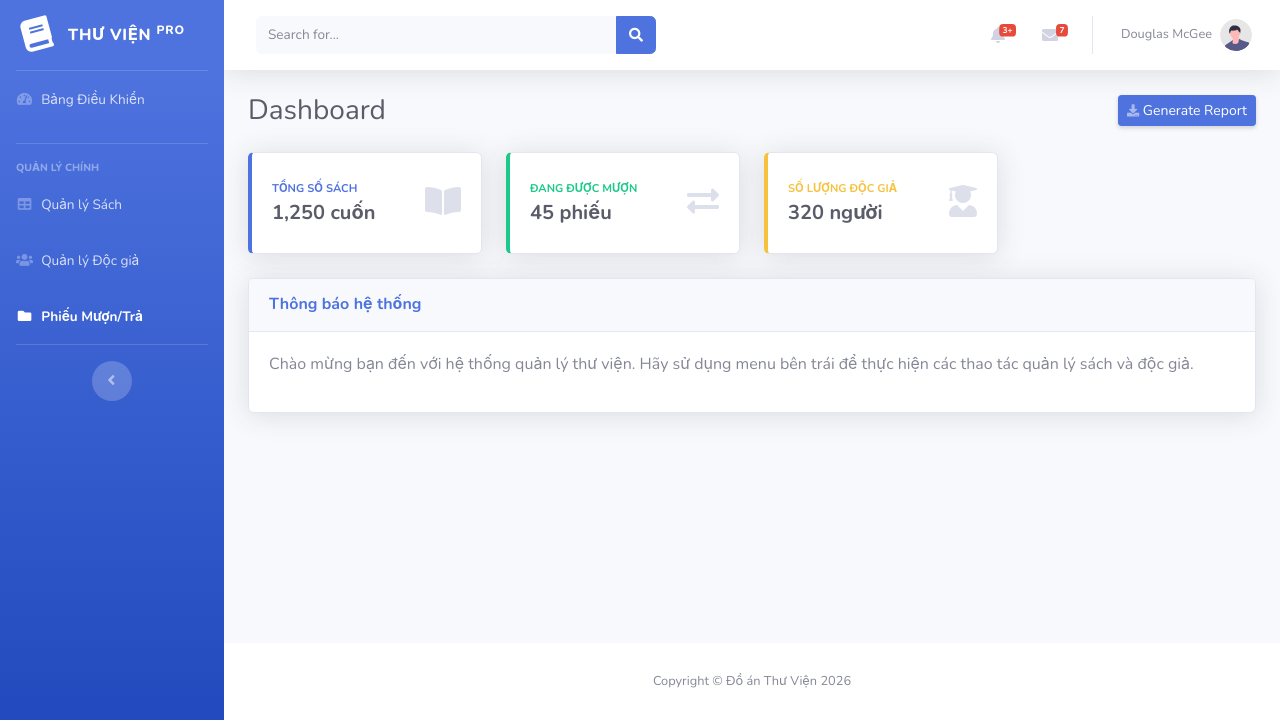
Repository: anhduong030409/LibraryManagement
Page: http://localhost/LibraryManagement/index_1.jsp
An editor plug-in stored every save of this project. The page is shown before and after the next save, followed by the edit.
The browser window is 1280 px wide. The pictures show the whole page.
The page is served by Tomcat 9. Other server files are loaded and not shown.

Above is the page before, as saved 2026-03-11 18:25:24.

### LibraryManagement/src/main/webapp/index_1.jsp
<%@ page language="java" contentType="text/html; charset=UTF-8" pageEncoding="UTF-8"%>
<!DOCTYPE html>
<html lang="vi">

<head>
    <meta charset="utf-8">
    <meta http-equiv="X-UA-Compatible" content="IE=edge">
    <meta name="viewport" content="width=device-width, initial-scale=1, shrink-to-fit=no">
    <title>Quản Lý Thư Viện - Dashboard</title>

    <link href="${pageContext.request.contextPath}/vendor/fontawesome-free/css/all.min.css" rel="stylesheet" type="text/css">
    <link href="https://fonts.googleapis.com/css?family=Nunito:200,200i,300,300i,400,400i,600,600i,700,700i,800,800i,900,900i" rel="stylesheet">
    <link href="${pageContext.request.contextPath}/css/sb-admin-2.min.css" rel="stylesheet">
</head>

<body id="page-top">

    <div id="wrapper">

        <jsp:include page="sidebar.jsp"></jsp:include>
        <div id="content-wrapper" class="d-flex flex-column">
            <div id="content">

                <jsp:include page="navbar.jsp"></jsp:include>

                <div class="container-fluid">
                	<div class="d-sm-flex align-items-center justify-content-between mb-4">
                        <h1 class="h3 mb-0 text-gray-800">Dashboard</h1>
                        <a href="#" class="d-none d-sm-inline-block btn btn-sm btn-primary shadow-sm"><i
                                class="fas fa-download fa-sm text-white-50"></i> Generate Report</a>
                    </div>
                    <div class="row">

                        <div class="col-xl-3 col-md-6 mb-4">
                            <div class="card border-left-primary shadow h-100 py-2">
                                <div class="card-body">
                                    <div class="row no-gutters align-items-center">
                                        <div class="col mr-2">
                                            <div class="text-xs font-weight-bold text-primary text-uppercase mb-1">Tổng số sách</div>
                                            <div class="h5 mb-0 font-weight-bold text-gray-800">1,250 cuốn</div>
                                        </div>
                                        <div class="col-auto">
                                            <i class="fas fa-book-open fa-2x text-gray-300"></i>
                                        </div>
                                    </div>
                                </div>
                            </div>
                        </div>

                        <div class="col-xl-3 col-md-6 mb-4">
                            <div class="card border-left-success shadow h-100 py-2">
                                <div class="card-body">
                                    <div class="row no-gutters align-items-center">
                                        <div class="col mr-2">
                                            <div class="text-xs font-weight-bold text-success text-uppercase mb-1">Đang được mượn</div>
                                            <div class="h5 mb-0 font-weight-bold text-gray-800">45 phiếu</div>
                                        </div>
                                        <div class="col-auto">
                                            <i class="fas fa-exchange-alt fa-2x text-gray-300"></i>
                                        </div>
                                    </div>
                                </div>
                            </div>
                        </div>

                        <div class="col-xl-3 col-md-6 mb-4">
                            <div class="card border-left-warning shadow h-100 py-2">
                                <div class="card-body">
                                    <div class="row no-gutters align-items-center">
                                        <div class="col mr-2">
                                            <div class="text-xs font-weight-bold text-warning text-uppercase mb-1">Số lượng độc giả</div>
                                            <div class="h5 mb-0 font-weight-bold text-gray-800">320 người</div>
                                        </div>
                                        <div class="col-auto">
                                            <i class="fas fa-user-graduate fa-2x text-gray-300"></i>
                                        </div>
                                    </div>
                                </div>
                            </div>
                        </div>
                    </div>

                    <div class="row">
                        <div class="col-lg-12">
                            <div class="card shadow mb-4">
                                <div class="card-header py-3">
                                    <h6 class="m-0 font-weight-bold text-primary">Thông báo hệ thống</h6>
                                </div>
                                <div class="card-body">
                                    <p>Chào mừng bạn đến với hệ thống quản lý thư viện. Hãy sử dụng menu bên trái để thực hiện các thao tác quản lý sách và độc giả.</p>
                                </div>
                            </div>
                        </div>
                    </div>

                </div>
                </div>
            <footer class="sticky-footer bg-white">
                <div class="container my-auto">
                    <div class="copyright text-center my-auto">
                        <span>Copyright &copy; Đồ án Thư Viện 2026</span>
                    </div>
                </div>
            </footer>
        </div>
    </div>

    <script src="${pageContext.request.contextPath}/vendor/jquery/jquery.min.js"></script>
    <script src="${pageContext.request.contextPath}/vendor/bootstrap/js/bootstrap.bundle.min.js"></script>
    <script src="${pageContext.request.contextPath}/js/sb-admin-2.min.js"></script>
</body>
</html>

### LibraryManagement/src/main/webapp/sidebar.jsp
<%@ page language="java" contentType="text/html; charset=UTF-8"
    pageEncoding="UTF-8"%>
<!DOCTYPE html>
<html>
<head>
<meta charset="UTF-8">
</head>
<body>
	<%
    // Lấy tên file hiện tại đang chạy
    String uri = request.getRequestURI();
    String currentPage = uri.substring(uri.lastIndexOf("/") + 1);
	%>
	<ul class="navbar-nav bg-gradient-primary sidebar sidebar-dark accordion" id="accordionSidebar">
	            <a class="sidebar-brand d-flex align-items-center justify-content-center" href="index_1.jsp">
	                <div class="sidebar-brand-icon rotate-n-15">
	                    <i class="fas fa-book"></i>
	                </div>
	                <div class="sidebar-brand-text mx-3">Thư Viện <sup>Pro</sup></div>
	            </a>

	            <hr class="sidebar-divider my-0">
	            <li class="nav-item <%= (currentPage.equals("index.jsp") || currentPage.equals("")) ? "active" : "" %>">
	                <a class="nav-item active nav-link" href="index_1.jsp">
	                    <i class="fas fa-fw fa-tachometer-alt"></i>
	                    <span>Bảng Điều Khiển</span></a>
	            </li>

	            <hr class="sidebar-divider">
	            <div class="sidebar-heading">Quản lý chính</div>

	            <li class="nav-item <%= currentPage.equals("books-list.jsp") ? "active" : "" %>">
	                <a class="nav-link" href="books-list.jsp">
	                    <i class="fas fa-fw fa-table"></i>
	                    <span>Quản lý Sách</span></a>
	            </li>
	            <li class="nav-item <%= currentPage.equals("users-list.jsp") ? "active" : "" %>">
	                <a class="nav-link" href="users-list.jsp">
	                    <i class="fas fa-fw fa-users"></i>
	                    <span>Quản lý Độc giả</span></a>
	            </li>
	            <li class="nav-item active">
	                <a class="nav-link" href="borrow-list.jsp">
	                    <i class="fas fa-fw fa-folder"></i>
	                    <span>Phiếu Mượn/Trả</span></a>
	            </li>

	            <hr class="sidebar-divider d-none d-md-block">
	            <div class="text-center d-none d-md-inline">
	                <button class="rounded-circle border-0" id="sidebarToggle"></button>
	            </div>
	        </ul>

</body>
</html>

### LibraryManagement/src/main/webapp/navbar.jsp
<%@ page language="java" contentType="text/html; charset=UTF-8"
    pageEncoding="UTF-8"%>
<!DOCTYPE html>
<html>
<head>
<meta charset="UTF-8">
<title>Insert title here</title>
</head>
<body>
	<!-- Topbar -->
                <nav class="navbar navbar-expand navbar-light bg-white topbar mb-4 static-top shadow">

                    <!-- Sidebar Toggle (Topbar) -->
                    <button id="sidebarToggleTop" class="btn btn-link d-md-none rounded-circle mr-3">
                        <i class="fa fa-bars"></i>
                    </button>

                    <!-- Topbar Search -->
                    <form
                        class="d-none d-sm-inline-block form-inline mr-auto ml-md-3 my-2 my-md-0 mw-100 navbar-search">
                        <div class="input-group">
                            <input type="text" class="form-control bg-light border-0 small" placeholder="Search for..."
                                aria-label="Search" aria-describedby="basic-addon2">
                            <div class="input-group-append">
                                <button class="btn btn-primary" type="button">
                                    <i class="fas fa-search fa-sm"></i>
                                </button>
                            </div>
                        </div>
                    </form>

                    <!-- Topbar Navbar -->
                    <ul class="navbar-nav ml-auto">

                        <!-- Nav Item - Search Dropdown (Visible Only XS) -->
                        <li class="nav-item dropdown no-arrow d-sm-none">
                            <a class="nav-link dropdown-toggle" href="#" id="searchDropdown" role="button"
                                data-toggle="dropdown" aria-haspopup="true" aria-expanded="false">
                                <i class="fas fa-search fa-fw"></i>
                            </a>
                            <!-- Dropdown - Messages -->
                            <div class="dropdown-menu dropdown-menu-right p-3 shadow animated--grow-in"
                                aria-labelledby="searchDropdown">
                                <form class="form-inline mr-auto w-100 navbar-search">
                                    <div class="input-group">
                                        <input type="text" class="form-control bg-light border-0 small"
                                            placeholder="Search for..." aria-label="Search"
                                            aria-describedby="basic-addon2">
                                        <div class="input-group-append">
                                            <button class="btn btn-primary" type="button">
                                                <i class="fas fa-search fa-sm"></i>
                                            </button>
                                        </div>
                                    </div>
                                </form>
                            </div>
                        </li>

                        <!-- Nav Item - Alerts -->
                        <li class="nav-item dropdown no-arrow mx-1">
                            <a class="nav-link dropdown-toggle" href="#" id="alertsDropdown" role="button"
                                data-toggle="dropdown" aria-haspopup="true" aria-expanded="false">
                                <i class="fas fa-bell fa-fw"></i>
                                <!-- Counter - Alerts -->
                                <span class="badge badge-danger badge-counter">3+</span>
                            </a>
                            <!-- Dropdown - Alerts -->
                            <div class="dropdown-list dropdown-menu dropdown-menu-right shadow animated--grow-in"
                                aria-labelledby="alertsDropdown">
                                <h6 class="dropdown-header">
                                    Alerts Center
                                </h6>
                                <a class="dropdown-item d-flex align-items-center" href="#">
                                    <div class="mr-3">
                                        <div class="icon-circle bg-primary">
                                            <i class="fas fa-file-alt text-white"></i>
                                        </div>
                                    </div>
                                    <div>
                                        <div class="small text-gray-500">December 12, 2019</div>
                                        <span class="font-weight-bold">A new monthly report is ready to download!</span>
                                    </div>
                                </a>
                                <a class="dropdown-item d-flex align-items-center" href="#">
                                    <div class="mr-3">
                                        <div class="icon-circle bg-success">
                                            <i class="fas fa-donate text-white"></i>
                                        </div>
                                    </div>
                                    <div>
                                        <div class="small text-gray-500">December 7, 2019</div>
                                        $290.29 has been deposited into your account!
                                    </div>
                                </a>
                                <a class="dropdown-item d-flex align-items-center" href="#">
                                    <div class="mr-3">
                                        <div class="icon-circle bg-warning">
                                            <i class="fas fa-exclamation-triangle text-white"></i>
                                        </div>
                                    </div>
                                    <div>
                                        <div class="small text-gray-500">December 2, 2019</div>
                                        Spending Alert: We've noticed unusually high spending for your account.
                                    </div>
                                </a>
                                <a class="dropdown-item text-center small text-gray-500" href="#">Show All Alerts</a>
                            </div>
                        </li>

                        <!-- Nav Item - Messages -->
                        <li class="nav-item dropdown no-arrow mx-1">
                            <a class="nav-link dropdown-toggle" href="#" id="messagesDropdown" role="button"
                                data-toggle="dropdown" aria-haspopup="true" aria-expanded="false">
                                <i class="fas fa-envelope fa-fw"></i>
                                <!-- Counter - Messages -->
                                <span class="badge badge-danger badge-counter">7</span>
                            </a>
                            <!-- Dropdown - Messages -->
                            <div class="dropdown-list dropdown-menu dropdown-menu-right shadow animated--grow-in"
                                aria-labelledby="messagesDropdown">
                                <h6 class="dropdown-header">
                                    Message Center
                                </h6>
                                <a class="dropdown-item d-flex align-items-center" href="#">
                                    <div class="dropdown-list-image mr-3">
                                        <img class="rounded-circle" src="img/undraw_profile_1.svg"
                                            alt="...">
                                        <div class="status-indicator bg-success"></div>
                                    </div>
                                    <div class="font-weight-bold">
                                        <div class="text-truncate">Hi there! I am wondering if you can help me with a
                                            problem I've been having.</div>
                                        <div class="small text-gray-500">Emily Fowler Â· 58m</div>
                                    </div>
                                </a>
                                <a class="dropdown-item d-flex align-items-center" href="#">
                                    <div class="dropdown-list-image mr-3">
                                        <img class="rounded-circle" src="img/undraw_profile_2.svg"
                                            alt="...">
                                        <div class="status-indicator"></div>
                                    </div>
                                    <div>
                                        <div class="text-truncate">I have the photos that you ordered last month, how
                                            would you like them sent to you?</div>
                                        <div class="small text-gray-500">Jae Chun Â· 1d</div>
                                    </div>
                                </a>
                                <a class="dropdown-item d-flex align-items-center" href="#">
                                    <div class="dropdown-list-image mr-3">
                                        <img class="rounded-circle" src="img/undraw_profile_3.svg"
                                            alt="...">
                                        <div class="status-indicator bg-warning"></div>
                                    </div>
                                    <div>
                                        <div class="text-truncate">Last month's report looks great, I am very happy with
                                            the progress so far, keep up the good work!</div>
                                        <div class="small text-gray-500">Morgan Alvarez Â· 2d</div>
                                    </div>
                                </a>
                                <a class="dropdown-item d-flex align-items-center" href="#">
                                    <div class="dropdown-list-image mr-3">
                                        <img class="rounded-circle" src="https://source.unsplash.com/Mv9hjnEUHR4/60x60"
                                            alt="...">
                                        <div class="status-indicator bg-success"></div>
                                    </div>
                                    <div>
                                        <div class="text-truncate">Am I a good boy? The reason I ask is because someone
                                            told me that people say this to all dogs, even if they aren't good...</div>
                                        <div class="small text-gray-500">Chicken the Dog Â· 2w</div>
                                    </div>
                                </a>
                                <a class="dropdown-item text-center small text-gray-500" href="#">Read More Messages</a>
                            </div>
                        </li>

                        <div class="topbar-divider d-none d-sm-block"></div>

                        <!-- Nav Item - User Information -->
                        <li class="nav-item dropdown no-arrow">
                            <a class="nav-link dropdown-toggle" href="#" id="userDropdown" role="button"
                                data-toggle="dropdown" aria-haspopup="true" aria-expanded="false">
                                <span class="mr-2 d-none d-lg-inline text-gray-600 small">Douglas McGee</span>
                                <img class="img-profile rounded-circle"
                                    src="img/undraw_profile.svg">
                            </a>
                            <!-- Dropdown - User Information -->
                            <div class="dropdown-menu dropdown-menu-right shadow animated--grow-in"
                                aria-labelledby="userDropdown">
                                <a class="dropdown-item" href="#">
                                    <i class="fas fa-user fa-sm fa-fw mr-2 text-gray-400"></i>
                                    Profile
                                </a>
                                <a class="dropdown-item" href="#">
                                    <i class="fas fa-cogs fa-sm fa-fw mr-2 text-gray-400"></i>
                                    Settings
                                </a>
                                <a class="dropdown-item" href="#">
                                    <i class="fas fa-list fa-sm fa-fw mr-2 text-gray-400"></i>
                                    Activity Log
                                </a>
                                <div class="dropdown-divider"></div>
                                <a class="dropdown-item" href="#" data-toggle="modal" data-target="#logoutModal">
                                    <i class="fas fa-sign-out-alt fa-sm fa-fw mr-2 text-gray-400"></i>
                                    Logout
                                </a>
                            </div>
                        </li>

                    </ul>

                </nav>
                <!-- End of Topbar -->

</body>
</html>

### LibraryManagement/src/main/webapp/img/undraw_profile_1.svg
<?xml version="1.0" encoding="utf-8"?>
<!-- Generator: Adobe Illustrator 25.0.0, SVG Export Plug-In . SVG Version: 6.00 Build 0)  -->
<svg version="1.1" id="_x38_8ce59e9-c4b8-4d1d-9d7a-ce0190159aa8"
	 xmlns="http://www.w3.org/2000/svg" xmlns:xlink="http://www.w3.org/1999/xlink" x="0px" y="0px" viewBox="0 0 231.8 231.8"
	 style="enable-background:new 0 0 231.8 231.8;" xml:space="preserve">
<style type="text/css">
	.st0{opacity:0.5;}
	.st1{fill:url(#SVGID_1_);}
	.st2{fill:#F5F5F5;}
	.st3{fill:#333333;}
	.st4{fill:#4E73DF;}
	.st5{opacity:0.1;enable-background:new    ;}
	.st6{fill:#BE7C5E;}
</style>
<g class="st0">

		<linearGradient id="SVGID_1_" gradientUnits="userSpaceOnUse" x1="115.89" y1="525.2" x2="115.89" y2="756.98" gradientTransform="matrix(1 0 0 -1 0 756.98)">
		<stop  offset="0" style="stop-color:#808080;stop-opacity:0.25"/>
		<stop  offset="0.54" style="stop-color:#808080;stop-opacity:0.12"/>
		<stop  offset="1" style="stop-color:#808080;stop-opacity:0.1"/>
	</linearGradient>
	<circle class="st1" cx="115.9" cy="115.9" r="115.9"/>
</g>
<circle class="st2" cx="115.9" cy="115.3" r="113.4"/>
<path class="st3" d="M71.6,116.3c0,0-12.9,63.4-19.9,59.8c0,0,67.7,58.5,127.5,0c0,0-10.5-44.6-25.7-59.8H71.6z"/>
<path class="st4" d="M116.2,229c22.2,0,43.9-6.5,62.4-18.7c-4.2-22.8-20.1-24.1-20.1-24.1H70.8c0,0-15,1.2-19.7,22.2
	C70.1,221.9,92.9,229.1,116.2,229z"/>
<circle class="st3" cx="115" cy="112.8" r="50.3"/>
<path class="st5" d="M97.3,158.4h35.1l0,0v28.1c0,9.7-7.8,17.5-17.5,17.5l0,0c-9.7,0-17.5-7.9-17.5-17.5L97.3,158.4L97.3,158.4z"/>
<path class="st6" d="M100.7,157.1h28.4c1.9,0,3.4,1.5,3.4,3.3v0v24.7c0,9.7-7.8,17.5-17.5,17.5l0,0c-9.7,0-17.5-7.9-17.5-17.5v0
	v-24.7C97.4,158.6,98.9,157.1,100.7,157.1z"/>
<path class="st5" d="M97.4,171.6c11.3,4.2,23.8,4.3,35.1,0.1v-4.3H97.4V171.6z"/>
<circle class="st6" cx="115" cy="123.7" r="50.3"/>
<path class="st3" d="M66.9,104.6h95.9c0,0-8.2-38.7-44.4-36.2S66.9,104.6,66.9,104.6z"/>
<ellipse class="st6" cx="65.8" cy="121.5" rx="4.7" ry="8.8"/>
<ellipse class="st6" cx="164" cy="121.5" rx="4.7" ry="8.8"/>
<path class="st5" d="M66.9,105.9h95.9c0,0-8.2-38.7-44.4-36.2S66.9,105.9,66.9,105.9z"/>
</svg>

Loaded but not shown: LibraryManagement/src/main/webapp/css/sb-admin-2.min.css (library); LibraryManagement/src/main/webapp/js/sb-admin-2.min.js (common file); LibraryManagement/src/main/webapp/img/undraw_profile.svg (38 lines, source omitted); LibraryManagement/src/main/webapp/img/undraw_profile_3.svg (47 lines, source omitted); LibraryManagement/src/main/webapp/img/undraw_profile_2.svg (44 lines, source omitted)

After the next save:
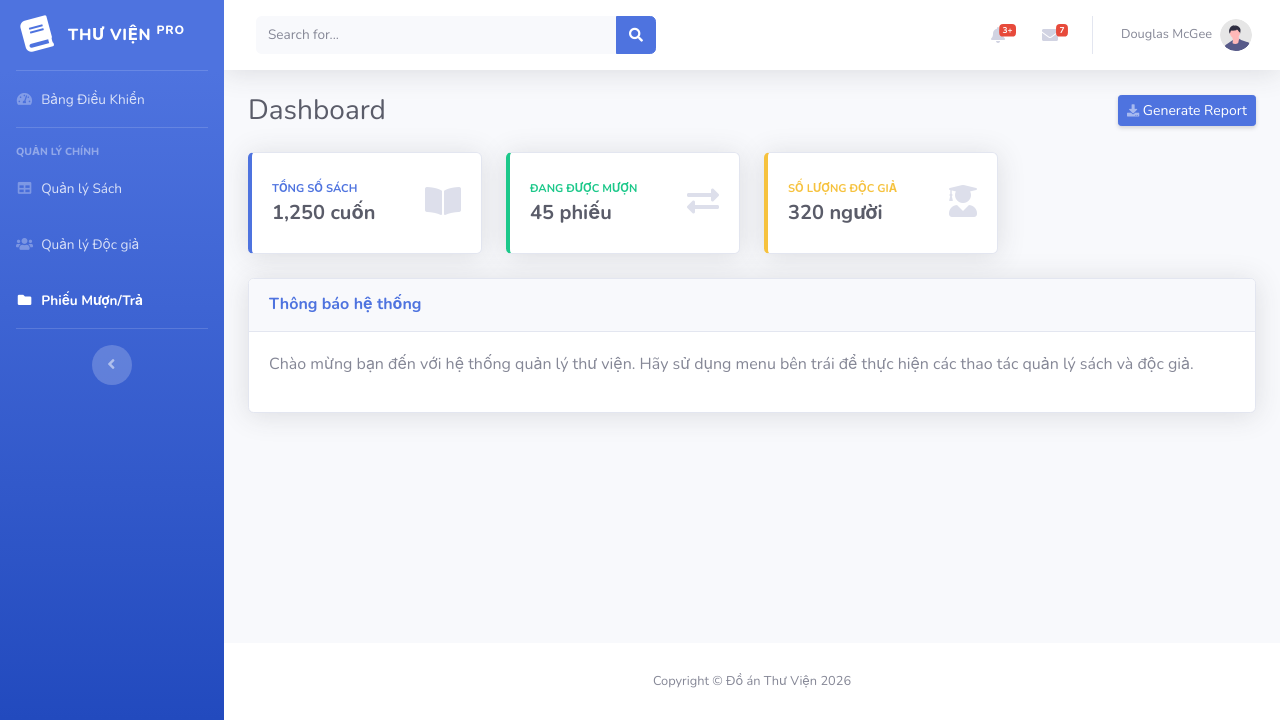
Saved 2 min 23 s later.
--- a/LibraryManagement/src/main/webapp/sidebar.jsp
+++ b/LibraryManagement/src/main/webapp/sidebar.jsp
@@ -21,11 +21,10 @@
 
 	            <hr class="sidebar-divider my-0">
 	            <li class="nav-item <%= (currentPage.equals("index.jsp") || currentPage.equals("")) ? "active" : "" %>">
-	                <a class="nav-item active nav-link" href="index_1.jsp">
+	                <a class="nav-link" href="index_1.jsp">
 	                    <i class="fas fa-fw fa-tachometer-alt"></i>
 	                    <span>Bảng Điều Khiển</span></a>
 	            </li>
-
 	            <hr class="sidebar-divider">
 	            <div class="sidebar-heading">Quản lý chính</div>
 
